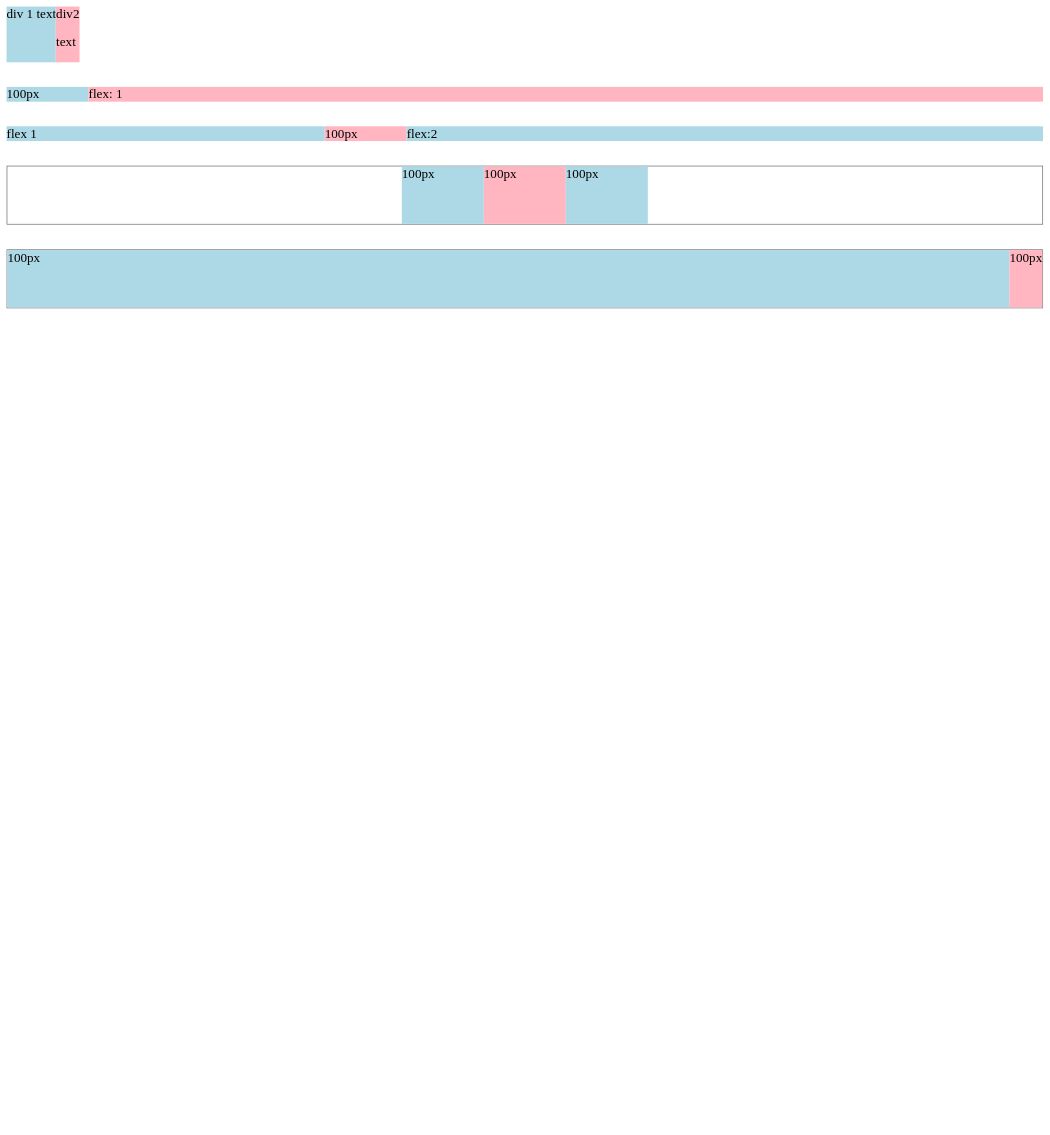
Repository: knowledgeAlan/html-css-twelve
Page: flexbox.html
These files come from the project's save history. The page is drawn as it stood at one moment and after the next save; the edit follows.
The browser window is 1280 px wide. The pictures show the whole page, at 82% of full size.

Above is the page before, as saved 2024-03-11 17:27:57.

### flexbox.html
<!DOCTYPE html>
<html>
    <head>
        <title>Flexbox Practice</title>
    </head>


    <body style="padding-bottom: 1000px;">

        <div style="
            display: flex;
            flex-direction: row;
            ">

            <div style="background-color: lightblue;">
                div 1 text
            </div>

            <div style="background-color: lightpink;">
                div2 <p>text</p>
            </div>
        </div>


        <div style="
          margin-top: 30px;
          display: flex;
          flex-direction:  row;

        ">

        <div style=" background-color:  lightblue;
            width: 100px;">
            100px

        </div>

        <div style="background-color: lightpink;
            flex: 1;

        ">
        flex: 1
        </div>

        </div>


        <div style=" margin-top: 30px;
            display: flex;
            flex-direction: row;
        ">

        <div style="background-color: lightblue; flex:1">
            flex 1
        </div>

        <div style="background-color: lightpink; width: 100px;">
            100px
        </div>

        <div style="background-color: lightblue; flex:2">
            flex:2
        </div>

        </div>


        <div style="
            margin-top: 30px;
            height: 70px;
            border-width: 1px;
            border-style: solid ;
            border-color: gray ;
            display: flex;
            flex-direction: row;
            justify-content: center;
        ">


        <div style="background-color:  lightblue;
            width: 100px;
        ">
          100px
        </div>


        <div style=" background-color: lightpink;
            width: 100px;
        ">
        100px
        </div>

        <div style="background-color:  lightblue;
            width: 100px;
        ">
            100px
        </div>
        </div>


        <div style="
            margin-top: 30px;
            height: 70px;
            border-width: 1px;
            border-style: solid;
            border-color: gray;

            display: flex;
            flex-direction:  row;
            justify-content: space-between;
        ">

            <div style="background-color: lightblue; width: 10000px;">
                100px
            </div>

            <div style="background-color: lightpink;
                width: 100px;
            ">
                100px
            </div>
        </div>



    </body>
</html>

After the next save:
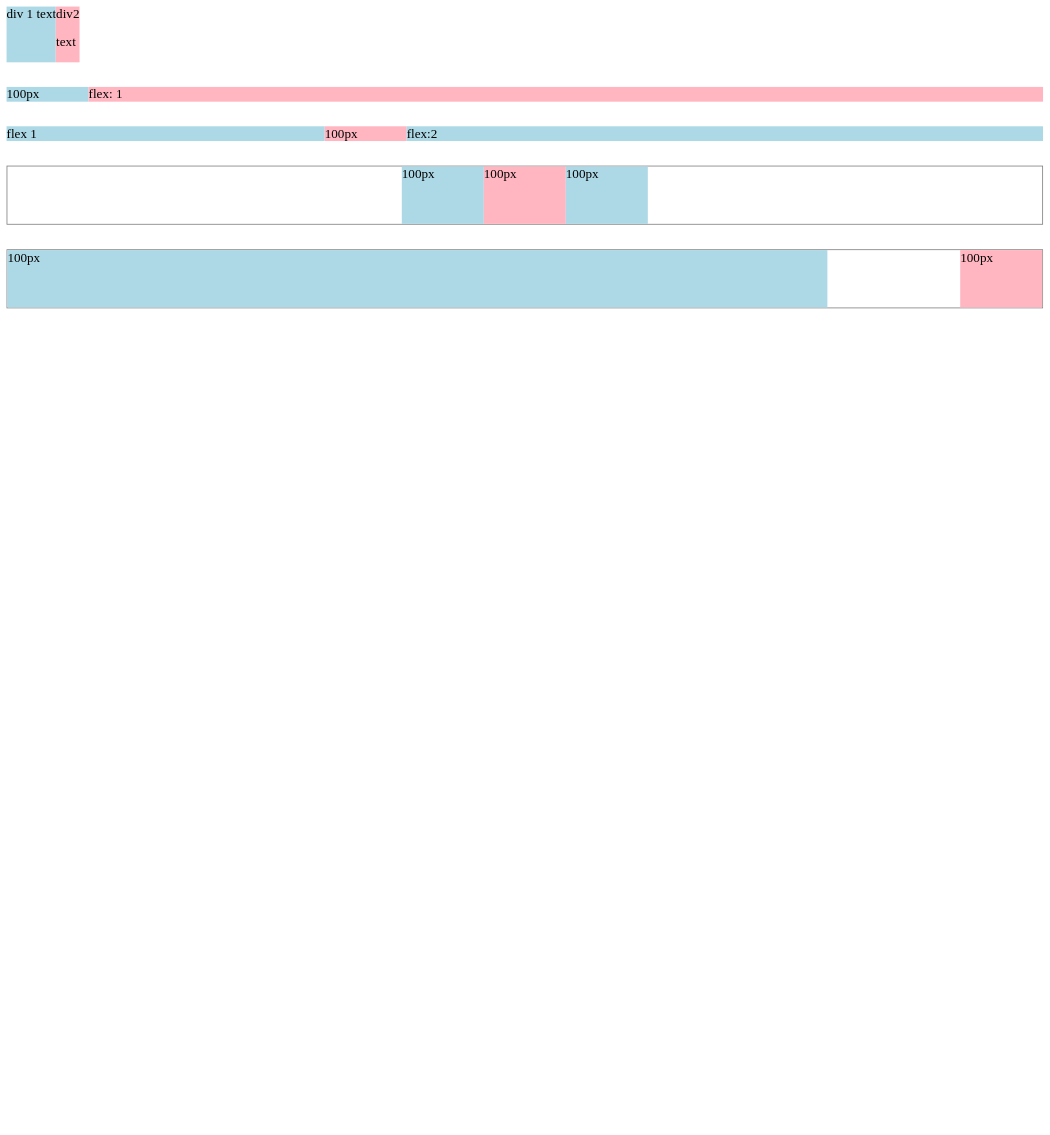
Saved 8 s later.
--- a/flexbox.html
+++ b/flexbox.html
@@ -110,7 +110,7 @@
             justify-content: space-between;
         ">
 
-            <div style="background-color: lightblue; width: 10000px;">
+            <div style="background-color: lightblue; width: 1000px;">
                 100px
             </div>
 
